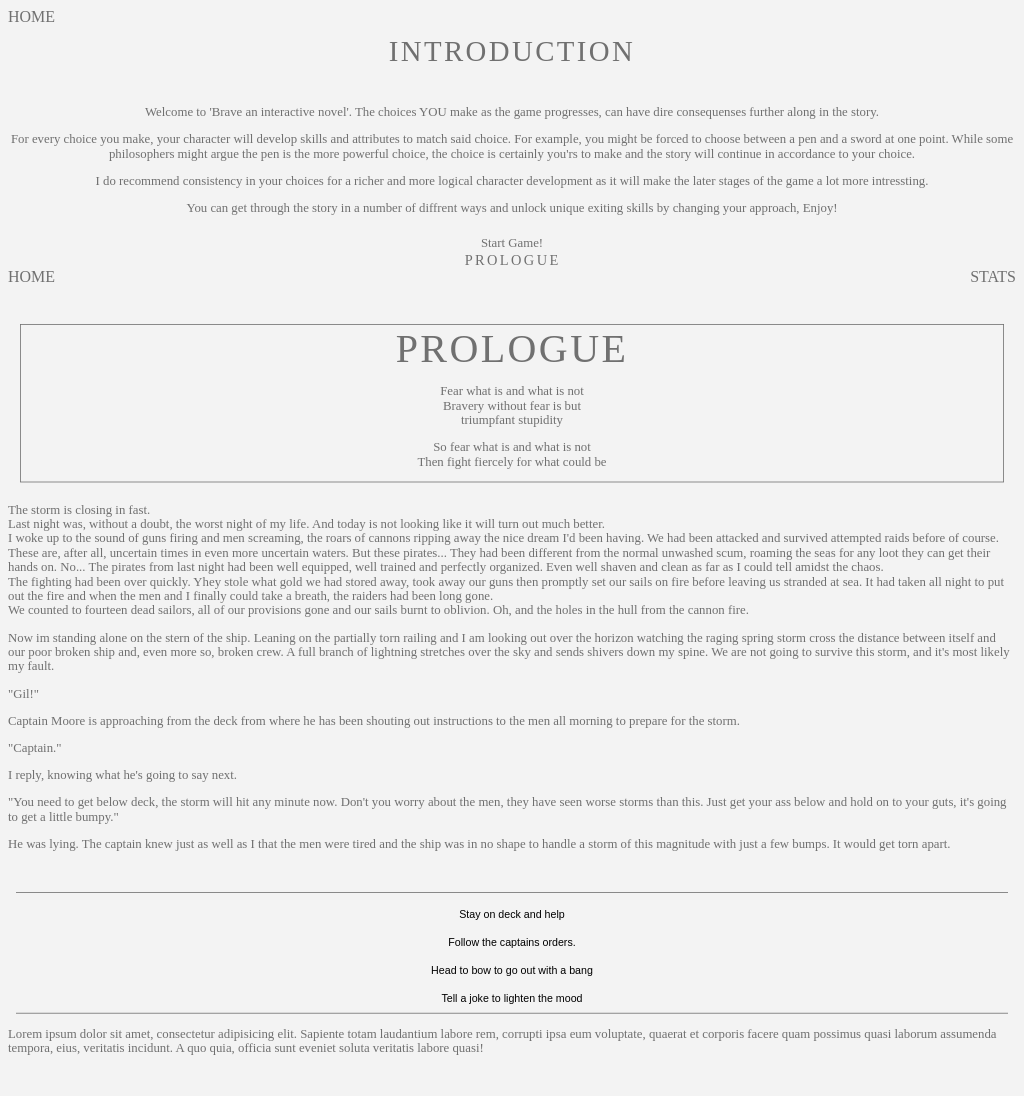
Repository: Pontushol/Brave-An-Interactive-Novel
Page: intro.html
The author's editor kept a record of every edit. The page is drawn from the files as they stood at one moment, then again after the next edit.
The browser window is 1280 px wide. The pictures show the whole page, at 80% of full size.
Some web libraries are served in a nearby version.

Above is the page before.

### intro.html
<!DOCTYPE html>
<html lang="en">

<head>
    <meta charset="UTF-8">
    <meta name="viewport" content="width=device-width, initial-scale=1.0">
    <meta http-equiv="X-UA-Compatible" content="ie=edge">
    <script src="https://kit.fontawesome.com/733f13d437.js"></script>

    <link rel="stylesheet" href="assets/css/main.css" type="text/css" />
    <title>Brave - An Interactive Novel</title>
</head>

<body>
    <nav id="intro-nav">
        <a href="home.html">HOME</a>
    </nav>
    <header>
        <h1 id="intro-header">
            Introduction
        </h1>
    </header>

    <main class="content-container">
        <p>

            Welcome to 'Brave an interactive novel'. The choices YOU make as the game progresses, can have dire consequenses further along in the story. </p>
        <p></p>
        For every choice you make, your character will develop skills and attributes to match said choice. For example, you might be forced to choose between a pen and a sword at one point. While some philosophers might argue the pen is the more powerful choice,
        the choice is certainly you'rs to make and the story will continue in accordance to your choice.
        </p>
        <p>
            I do recommend consistency in your choices for a richer and more logical character development as it will make the later stages of the game a lot more intressting.
        </p>
        <p>
            You can get through the story in a number of diffrent ways and unlock unique exiting skills by changing your approach, Enjoy! <!--so please do use the save function and try out some diffrent paths!-->
        </p>
    </main>

    <div class="btn-container">
    <a href="content/page-1.html">Start Game!</a>
        </div>


        <section class="prologue">
            <nav class="ig-navbar">
        <a href="home.html">HOME</a>
        <h2>Prologue</h2>
        <p id="modal-btn">STATS</p>

        <div id="stats-modal" class="modal">
            <div class="modal-content">
                 <div class="modal-header">
                <span class="close-btn">&times;</span>
                <h2>Stats / Bio</h2>
                </div>
                <div class="modal-body">
                    <p>Hello World</p>
                </div>
            </div>
        </div>
    </nav>
    <header class="chapter-header">
        <h1>
            PROLOGUE
        </h1>
        <p>
            Fear what is and what is not<br> Bravery without fear is but<br> triumpfant stupidity<br>
        </p>
        <p>So fear what is and what is not<br> Then fight fiercely for what could be
        </p>
    </header>

    <section class="text-section">
        <p>The storm is closing in fast.<br> Last night was, without a doubt, the worst night of my life. And today is not looking like it will turn out much better. <br> I woke up to the sound of guns firing and men screaming, the roars of cannons ripping away
            the nice dream I'd been having. We had been attacked and survived attempted raids before of course. These are, after all, uncertain times in even more uncertain waters. But these pirates... They had been different from the normal unwashed scum,
            roaming the seas for any loot they can get their hands on. No... The pirates from last night had been well equipped, well trained and perfectly organized. Even well shaven and clean as far as I could tell amidst the chaos.<br> The fighting had been over quickly.
            Yhey stole what gold we had stored away, took away our guns then promptly set our sails on fire before leaving us stranded at sea. It had taken all night to put out the fire and when the men and I finally could take a breath, the raiders had been long
            gone.
            <br> We counted to fourteen dead sailors, all of our provisions gone and our sails burnt to oblivion. Oh, and the holes in the hull from the cannon fire.</p>

        <p>Now im standing alone on the stern of the ship. Leaning on the partially torn railing and I am looking out over the horizon watching the raging spring storm cross the distance between itself and our poor broken ship and, even more so, broken crew.
            A full branch of lightning stretches over the sky and sends shivers down my spine. We are not going to survive this storm, and it's most likely my fault. </p>

        <p>"Gil!"</p>

        <p>Captain Moore is approaching from the deck from where he has been shouting out instructions to the men all morning to prepare for the storm.
        </p>
        <p>"Captain."</p>
        <p>I reply, knowing what he's going to say next.
        </p>
        <p> "You need to get below deck, the storm will hit any minute now. Don't you worry about the men, they have seen worse storms than this. Just get your ass below and hold on to your guts, it's going to get a little bumpy."
        </p>
        <p>He was lying. The captain knew just as well as I that the men were tired and the ship was in no shape to handle a storm of this magnitude with just a few bumps. It would get torn apart.
        </p>


    </section>
    <section class="choice-section-1 text-section" id>
        <div class="choice-display choice-display-1">
            <button class="choice-btn btn-1" id="str-btn" type="button" href="#">
            Stay on deck and help
        </button>
            <button class="choice-btn btn-2 null-btn" type="button" href="#">
            Follow the captains orders.
        </button>
            <button class="choice-btn btn-3" type="button" href="#">
            Head to bow to go out with a bang
        </button>
            <button class="choice-btn btn-4" id="wit-btn" type="button" href="#">
            Tell a joke to lighten the mood
        </button>
        </div>



        <div class="choice-1 choice-hidden">
            <p> "Captain, Just because I'm royal, that does not mean I'm stupid." I say with a small smile "I know just as well as you that we are less than probable to reach Entagrim alive. I mean, it was a fools' hope to begin with, don't you think? The
                fact that we got this far is a small miracle in itself. So I refuse to follow your orders, Mr. Moore. I will stay up here and help as best I can and if the gods are with us maybe we can get out of this mess. But I will not sit below deck
                like a child waiting for his punishment."
            </p>
            <p>Something flashed in the captains eyes<br> "Very well. Then tie yourself to the mast like the rest of the men, half of the railing is gone and we dont want you falling over board at the first wave. After that you can man a starboard side oar,
                then start praying, boy." <br>It takes a certain kind of man to call a prince of the northern isles 'boy' and get away with hit with both hands, Captain Moore is such a man.
            </p>
            <p>On my way over to the mast, It's as if night suddenly falls. The almost black clouds of the storm cover the sky and in seconds the full force of the storm is over us.
            </p>

            <div class="choice-display choice-display-2">
                <button class="choice-btn btn-1" type="button" href="#">
            Man the oars without securing a rope
        </button>
                <button class="choice-btn btn-2" type="button" href="#">
            Rush to the mast to secure a rope
        </button>
            </div>
        </div>
        <div class="choice-2 null-choice">
            <p>
                Lorem ipsum dolor sit amet, consectetur adipisicing elit. Sapiente totam laudantium labore rem, corrupti ipsa eum voluptate, quaerat et corporis facere quam possimus quasi laborum assumenda tempora, eius, veritatis incidunt. A quo quia, officia sunt eveniet soluta veritatis labore quasi!
            </p>
            </div>
        <div class="choice-3 null-choice"></div>
        <div class="choice-4 wit-choice"></div>
    </section>


    <button class="choice-btn btn-1 hidden" id="agi-btn" type="button" href="#"></button>
    <button class="choice-btn btn-1 hidden" id="dex-btn" type="button" href="#"></button>
    <button class="choice-btn btn-1 hidden" id="int-btn" type="button" href="#"></button>
    <button class="choice-btn btn-1 hidden" id="prc-btn" type="button" href="#"></button>
        </section>





    <script src="https://code.jquery.com/jquery-3.2.1.js" integrity="sha256-DZAnKJ/6XZ9si04Hgrsxu/8s717jcIzLy3oi35EouyE=" crossorigin="anonymous"></script>
    <script src="scripts/script.js"></script>
</body>

</html>

### assets/css/main.css
/*--------------------General Styling--------------------*/

body {
    background-color: #F3F3F3;
    color: #707070;
    min-height: 100vh;
    font-family: Rockwell;
    margin: 0;
}

a {
    text-decoration: none;
    color: #707070;
}

header {
    text-align: center;
}

h1, h2, h3, h6 {
    font-family: Perpetua;
    font-weight: 100;
    text-transform: uppercase;
    letter-spacing: 3px;
    margin-bottom: 20px;
    margin-top: 0;
}

h1 {
    font-size: 60px;
}

h2 {
    font-size: 18px;
}

h3, h6 {
    margin: 0;
}

h6 {
    letter-spacing: 0;
}

ul {
    padding: 0;
}


.hidden {
    display: none;
}
/*-------------------Start Screen------------------------*/



#showcase-start {
    padding: 100px 70px;
}

#showcase-title {
    margin: 0;
}


#showcase-start h6 {
    margin-bottom: 100px;
}

/*-------------------Home Screen------------------------*/

#return-btn-index {
    display: flex;
    text-align: center;
    justify-content: flex-end;
    padding-top: 5px;
    /*display: none;*/
}

#return-btn-index button {
    width: 80px;
    border: none;
    text-decoration: none;
    background-color: #f3f3f3;
    font-family: Rockwell;
    color: #707070;
}

/*.push-down-75 {*/
/*    padding-top: 75px;*/
/*}*/

.btn-container {
    display: flex;
    flex-direction: column;
    align-items: center;

}



.home-btn {
    text-decoration: underline;
    padding: 10px;
}

.social-list {
    display: flex;
    list-style: none;
    justify-content: center;
}

.social-link {
    font-size: 2em;
    padding: 25px 15px;
}


/*-------------------------Intro Page-------------------*/
#intro-nav {
    padding: 10px;
    font-size: 20px;
}

#intro-header {
    font-size: 36px;
}

.content-container {
    text-align: center;
    padding: 10px;
}


/*-------------------------Content Pages-------------------*/


.chapter-header {
    margin: 25px;
    border: 1px solid #707070;
}

.chapter-header h1 {
    font-size: 50px;
    margin-bottom: 0;
}

.ig-navbar {
    display: flex;
    justify-content: space-between;
    padding: 2px 10px;
    font-size: 20px;
}

.ig-navbar h2 {
    align-self: flex-start;
}

.ig-navbar a {
    align-self: center;
}

.text-section {
    margin:10px;
    padding-bottom: 25px;


}



.choice-display {
    margin: 20px 0 30px 0;
}

.choice-display {
    display: flex;
    flex-direction: column;
    padding-top: 10px;
    margin: 0px 10px 5px 10px;
    border-top: 1px solid #707070;
    border-bottom: 1px solid #707070;
}

.choice-btn {
    border: 0;
    background: 0;
    margin: 10px;
    padding: 0;
}

.choice-hidden {
    display: none;
    border-top: 1px solid #707070;
}


/*----------------Modal---------------*/

.modal {
    display: none;
    position: fixed;
    z-index: 1;
    left: 0;
    top: 0;
    width: 100%;
    height: 100%;
    overflow: auto;
    background-color: rgba(0, 0, 0, 0.5);
}

.modal-content {
    background-color: #f4f4f4;
    margin: 10% auto;
    padding: 20px;
    width: 80%;
    box-shadow: 0 5px 8px 0 rgba(0,0,0,0.2), 0 7px 20px 0 rgba(0,0,0,0.17);;

    animation-name: modalopen;
    animation-duration: 1s;
}

.close-btn {
    color: #ccc;
    float: right;
    font-size: 30px;
}

.close-btn:hover, .close-btn:focus {
    color: #000;
    text-decoration: none;
    cursor: pointer;
}


@keyframes modalopen {
    from {opacity: 0;}
    to {opacity: 1;}
}



@media (min-width: 1025) {


/*------------------- Desktop Screen------------------------*/

#showcase-header {
    display: flex;
    justify-content: center;
    height: 100vh;
}

#showcase-start {
    border: 1px solid #707070;
    padding: 70px;
    align-self: center;
    -webkit-box-shadow: 1px 1px 7px 4px rgba(112, 112, 112, 1);
    -moz-box-shadow: 1px 1px 7px 4px rgba(112, 112, 112, 1);
    box-shadow: 1px 1px 7px 4px rgba(112, 112, 112, 1);
}

#showcase-title {
    margin: 0;
}

}

Loaded but not shown: scripts/script.js (no copy from this time; the picture is the same without it)

After the next edit:
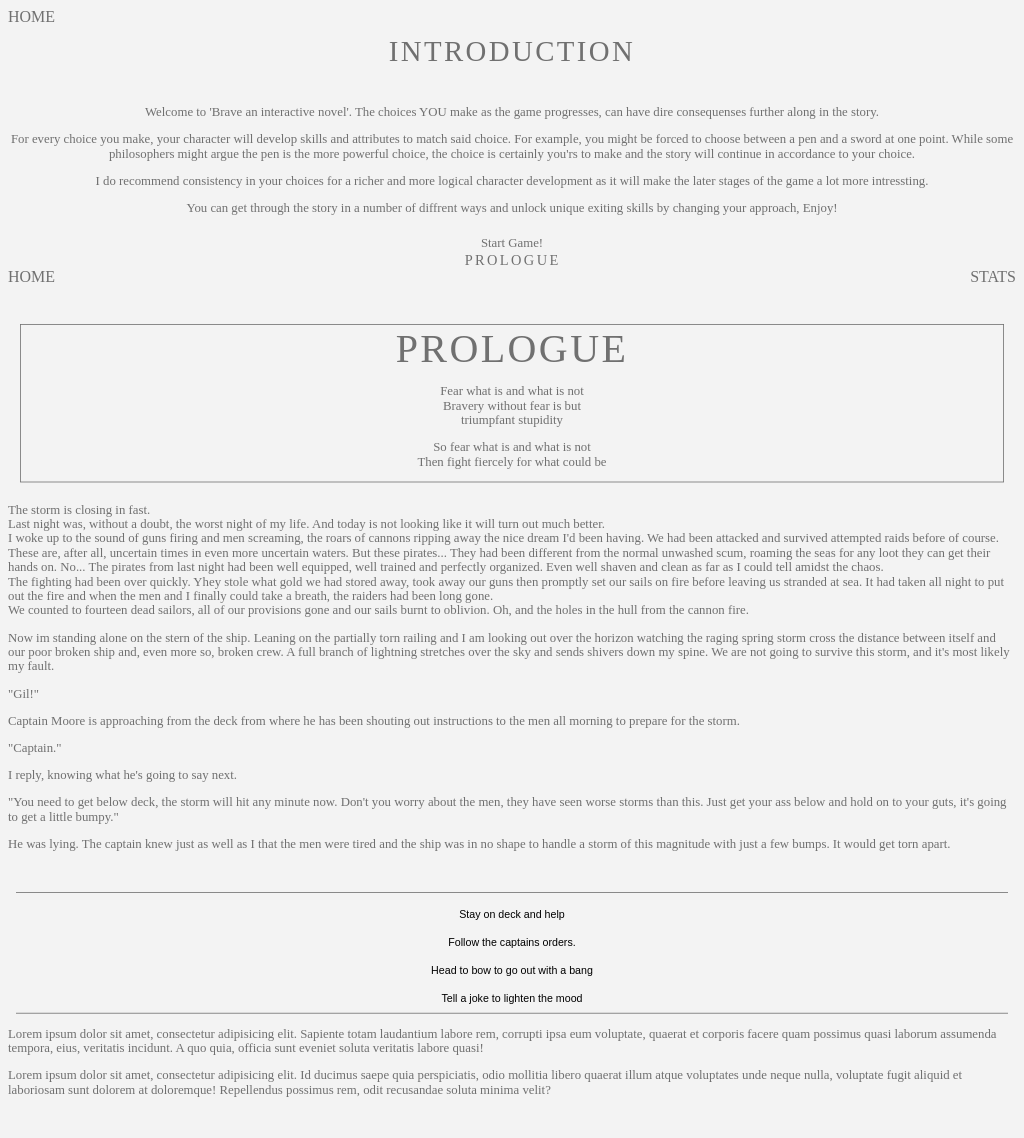
The edit:
--- a/intro.html
+++ b/intro.html
@@ -139,7 +139,11 @@
                 Lorem ipsum dolor sit amet, consectetur adipisicing elit. Sapiente totam laudantium labore rem, corrupti ipsa eum voluptate, quaerat et corporis facere quam possimus quasi laborum assumenda tempora, eius, veritatis incidunt. A quo quia, officia sunt eveniet soluta veritatis labore quasi!
             </p>
             </div>
-        <div class="choice-3 null-choice"></div>
+        <div class="choice-3 null-choice">
+            <p>
+                Lorem ipsum dolor sit amet, consectetur adipisicing elit. Id ducimus saepe quia perspiciatis, odio mollitia libero quaerat illum atque voluptates unde neque nulla, voluptate fugit aliquid et laboriosam sunt dolorem at doloremque! Repellendus possimus rem, odit recusandae soluta minima velit?
+            </p>
+        </div>
         <div class="choice-4 wit-choice"></div>
     </section>
 
